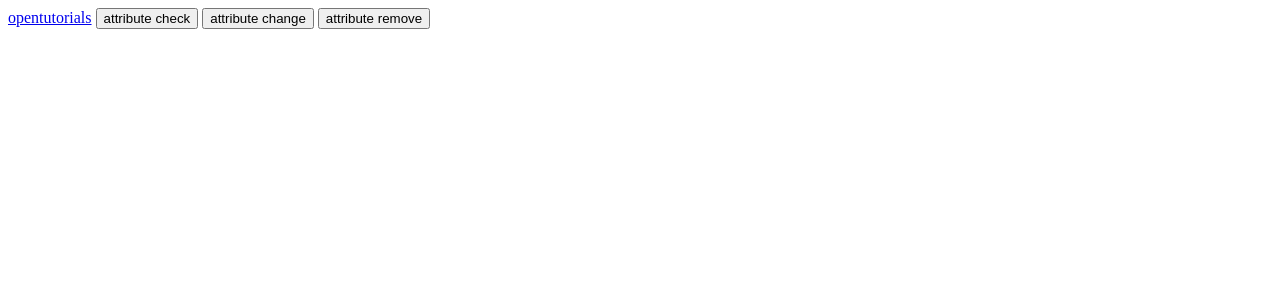
Repository: letzbegin/Study
Page: http://localhost/Javascript/DOM/Element/Ex_05.jsp
These files come from the project's save history. The page is drawn as it stood at one moment and after the next save; the edit follows.
The browser window is 1280 px wide. The pictures show the whole page.
After loading, the first visible `input[onclick="change()"]` was clicked once.
The page is served by Tomcat 9.

Above is the page before, as saved 2018-09-17 11:28:45.
Console error: ReferenceError: naver is not defined

### web_javascript/Javascript/WebContent/DOM/Element/Ex_05.jsp
<%@ page language="java" contentType="text/html; charset=UTF-8"
    pageEncoding="UTF-8"%>
<!DOCTYPE html PUBLIC "-//W3C//DTD HTML 4.01 Transitional//EN" "http://www.w3.org/TR/html4/loose.dtd">
<html>
<head>
<meta http-equiv="Content-Type" content="text/html; charset=UTF-8">
<title>Attribute</title>
</head>
<body>
<a id="target" href="http://opentutorials.org">opentutorials</a>
<input type="button" value="attribute check" onclick="check()">
<input type="button" value="attribute change" onclick="change()">
<input type="button" value="attribute remove" onclick="remove()">
</body>
<script type="text/javascript">
var t = document.getElementById("target");
function check(){
	alert(t.hasAttribute("href"));
}
function change(){
	t.setAttribute("href", "http://www.naver.com");
	t.textContent=naver;

}
function remove(){
	t.remove("href");
}
</script>
</html>

After the next save:
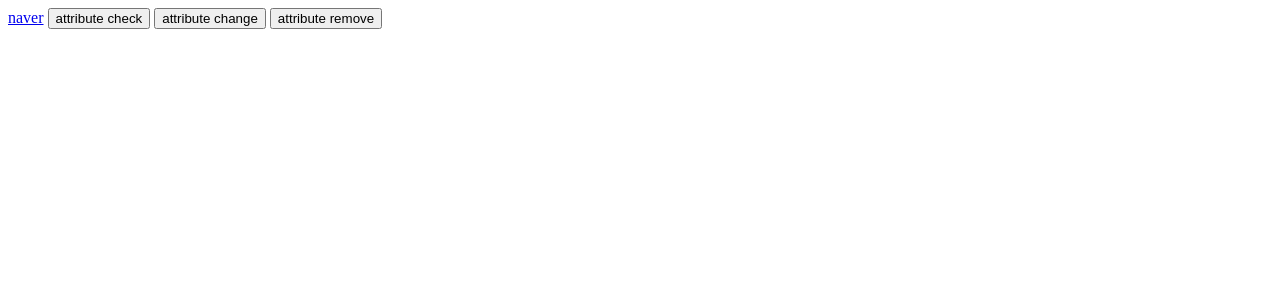
The error is gone.
Saved 20 s later.
--- a/web_javascript/Javascript/WebContent/DOM/Element/Ex_05.jsp
+++ b/web_javascript/Javascript/WebContent/DOM/Element/Ex_05.jsp
@@ -19,7 +19,7 @@ function check(){
 }
 function change(){
 	t.setAttribute("href", "http://www.naver.com");
-	t.textContent=naver;
+	t.textContent="naver";
 
 }
 function remove(){
